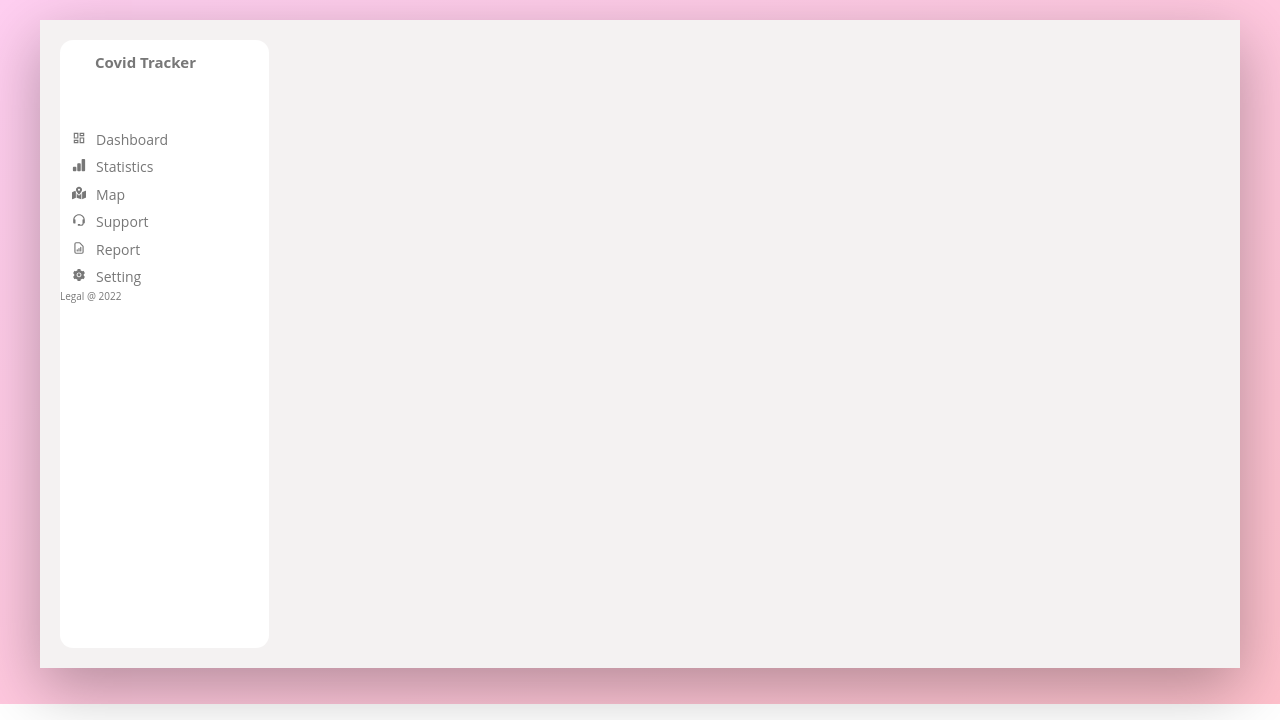
Repository: okidijimmy200/CovidAdminTracker
Page: /
An editor plug-in stored every save of this project. The page is shown before and after the next save, followed by the edit.
The browser window is 1280 px wide. The pictures show the whole page.
The project was rebuilt for these pictures with package versions that can differ from the ones it lists, and the page was loaded fresh each time.

Above is the page before, as saved 2022-06-10 09:40:30.

### src/index.scss
:root {
  --color-primary:#eb2f64;
  --color-primary-light:#ffcff1;
  --color-primary-dark:#ffc1cc;
  --color-grey-light-1: #faf9f9;
  --color-grey-light-2: #f4f2f2;
  --color-grey-light-3: #f0eeee;
  --color-grey-light-4: #ccc;
  --color-grey-dark-1: #333;
  --color-grey-dark-2: #777;
  --color-grey-dark-3: #999;

  // creating variable for box
  --shadow-dark: 0 2rem 6rem rgba(0, 0, 0, 0.3);

  --shadow-light: 0 2rem 5rem rgba(0,0,0,.06);
}


* {
  margin: 0;
  padding: 0;
}
*,
*::before,
*::after {
  box-sizing: inherit;
}

html {
  box-sizing: border-box;
  font-size: 62.5%;

}

body {
  font-family: 'Open Sans', sans-serif;
  font-weight: 400;
  line-height: 1.6;
  color: var(--color-grey-dark-2);
  background-image: linear-gradient(to right bottom, var(--color-primary-light), var(--color-primary-dark));
  background-size: cover;
  background-repeat: no-repeat;
  min-height: 95vh;
}

### src/App.tsx
import React from 'react';
import Sidebar from './sidebar/sidebar';
import Content from './core/content';
import './App.scss';

function App() {
  return (
    <div data-testid='container' className="container">
      <div className="content">
      <Sidebar />
      <Content />
      </div>

    </div>
  );
}

export default App;

### src/sidebar/sidebar.tsx
import React from 'react'
import {MdOutlineDashboard  } from 'react-icons/md'
import { BsFillBarChartFill } from 'react-icons/bs'
import { FaMapMarkedAlt } from 'react-icons/fa'
import { BiSupport } from 'react-icons/bi'
import { HiOutlineDocumentReport } from 'react-icons/hi'
import { AiFillSetting } from 'react-icons/ai'

import './sidebar.scss'

export default function sidebar() {
  return (
    <>
    <nav className="sidebar">
        <h2 className='title'>Covid Tracker</h2>
        <div className='sidebar-flex'>

        <ul className="side-nav">
            <li className="side-nav__item side-nav__item--active">
                <span className='side-nav__icon'><MdOutlineDashboard /></span>
                    <span>Dashboard</span>
            </li>
            <li className="side-nav__item">
                {/* <a href="#" class="side-nav__link"> */}
                    <span className="side-nav__icon">
                        <BsFillBarChartFill />
                        {/* <use xlink:href="img/spritspam#icon-aircraft-take-off"></use> */}
                    </span>
                    <span>Statistics</span>
                {/* </a> */}
            </li>
            <li className="side-nav__item">
                {/* <a href="#" class="side-nav__link"> */}
                    <span className="side-nav__icon">
                        <FaMapMarkedAlt />
                        {/* <use xlink:href="img/sprite.svg#icon-key"></use> */}
                    </span>
                    <span>Map</span>
                {/* </a> */}
            </li>
            <li className="side-nav__item">
                {/* <a href="#" className="side-nav__link"> */}
                    <span className="side-nav__icon">
                        {/* <use xlink:href="img/sprite.svg#icon-map"></use> */}
                        <BiSupport />
                    </span>
                    <span>Support</span>
                {/* </a> */}
            </li>
            <li className="side-nav__item">
                {/* <a href="#" className="side-nav__link"> */}
                    <span className="side-nav__icon">
                        {/* <use xlink:href="img/sprite.svg#icon-map"></use> */}
                        <HiOutlineDocumentReport />
                    </span>
                    <span>Report</span>
                {/* </a> */}
            </li>
            <li className="side-nav__item">
                {/* <a href="#" className="side-nav__link"> */}
                    <span className="side-nav__icon">
                        {/* <use xlink:href="img/sprite.svg#icon-map"></use> */}
                        <AiFillSetting />
                    </span>
                    <span>Setting</span>
                {/* </a> */}
            </li>
        </ul>
        <div className="legal">
            Legal @ 2022
        </div>
        </div>
    </nav>
</>
  )
}

### src/core/content.tsx
import React from 'react'

import './content.scss'

export default function Content() {
  return (
    <main className="hotel-view">
    </main>
  )
}

### src/App.scss
.container {
  max-width: 120rem;
  // centering in the view port
  margin: 2rem auto;
  background-color: var(--color-grey-light-2);
  // box-shadow:;
  box-shadow: var(--shadow-dark);

  // min height for testing
  // min-height: 60rem;

}

.content {
  display: flex;
  min-height: 90vh;
  padding: 2rem;
}

### src/sidebar/sidebar.scss

.sidebar {
    // styling the sidebar
    background-color: #fff;
    // flex property to define width, grow 0, shrink 0
    flex: 0 0 18%;
    // to create alot of space in the container for legal text
    border-radius: 1.3rem;
}

.side-nav {
    // adding font size
    font-size: 1.4rem;
    list-style: none;
    margin-top: 3.5rem;

   &__item {
       // parent element set to relative to element the hover effect
       position: relative;
       cursor: pointer;
       margin-left: 1.2rem;

       // to create space btn the items
       &:not(:last-child) {
           margin-bottom: .5rem;
       }
   }

   // this shd be visible only when we hover the item
   &__item:hover::before,
   // to make one of the li items initially highlighted
   &__item--active::before {
       width: 100%;
   }

   // to show the item as selected
   &__item:active::before {
       background-color: #fff;
   }


   &__link:link,
   &__link:visited {
    //    color: var(--color-grey-light-1);
       text-decoration: none;
       text-transform: uppercase;
       display: inline-block;
       padding: 1.5rem 3rem;
       // z-index only works with positioning
       position: relative;
       z-index: 10;
       // to align items in straight line
       display: flex;
       align-items: center;
   }

   &__icon {
       // reduce size of icons
       width: 1.75rem;
       height: 1.75rem;
       margin-right: 1rem;
       // current color is the color of the current element
       fill:currentColor;
   }
}
.sidebar-flex {
    display: flex;
    flex-direction: column;
    justify-content: space-between;
    // height: 90rem;
}
.title {
    padding: 1rem 2rem 2rem 3.5rem;
}

### src/core/content.scss
.hotel-view {
    // background-color: #fff;
    // to make the hotel-view cover up the remaining space
    flex: 1;
    margin-left: 2rem;
}

Loaded but not shown: public/index.html (common file); src/index.tsx (common file); src/reportWebVitals.ts (common file)

After the next save:
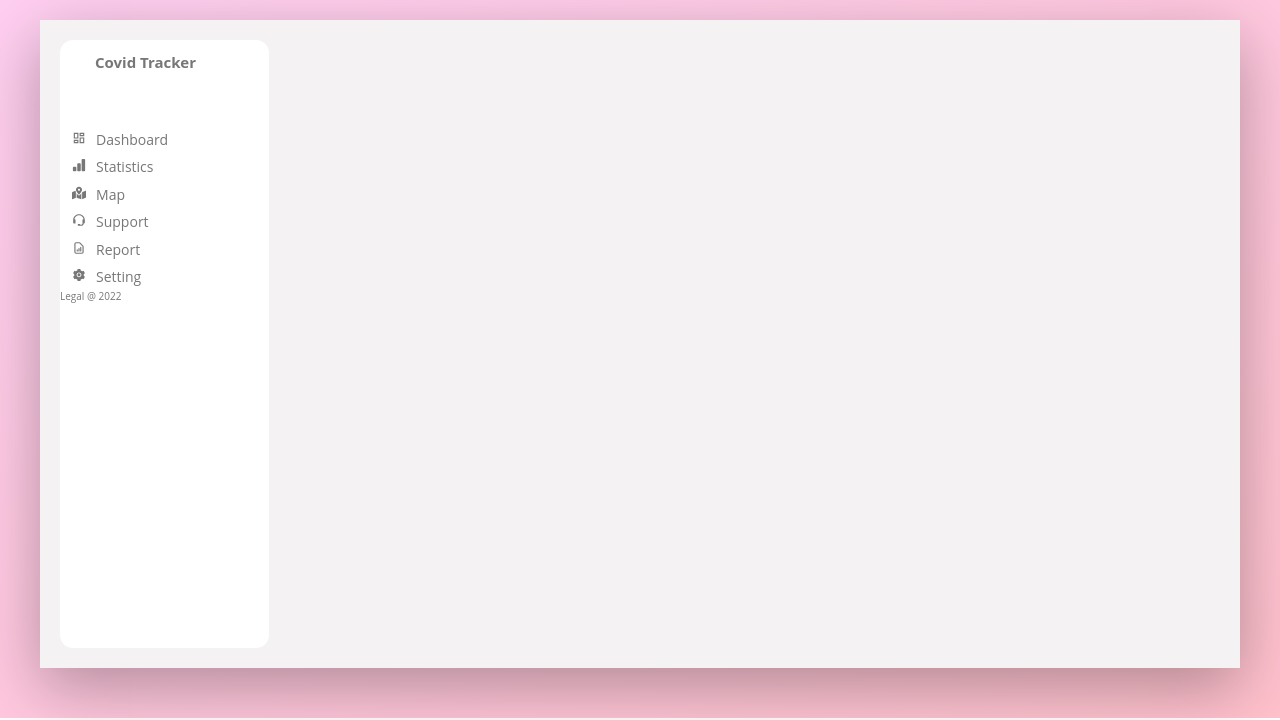
Saved 7 s later.
--- a/src/index.scss
+++ b/src/index.scss
@@ -41,5 +41,5 @@ body {
   background-image: linear-gradient(to right bottom, var(--color-primary-light), var(--color-primary-dark));
   background-size: cover;
   background-repeat: no-repeat;
-  min-height: 95vh;
+  min-height: 97vh;
 }
